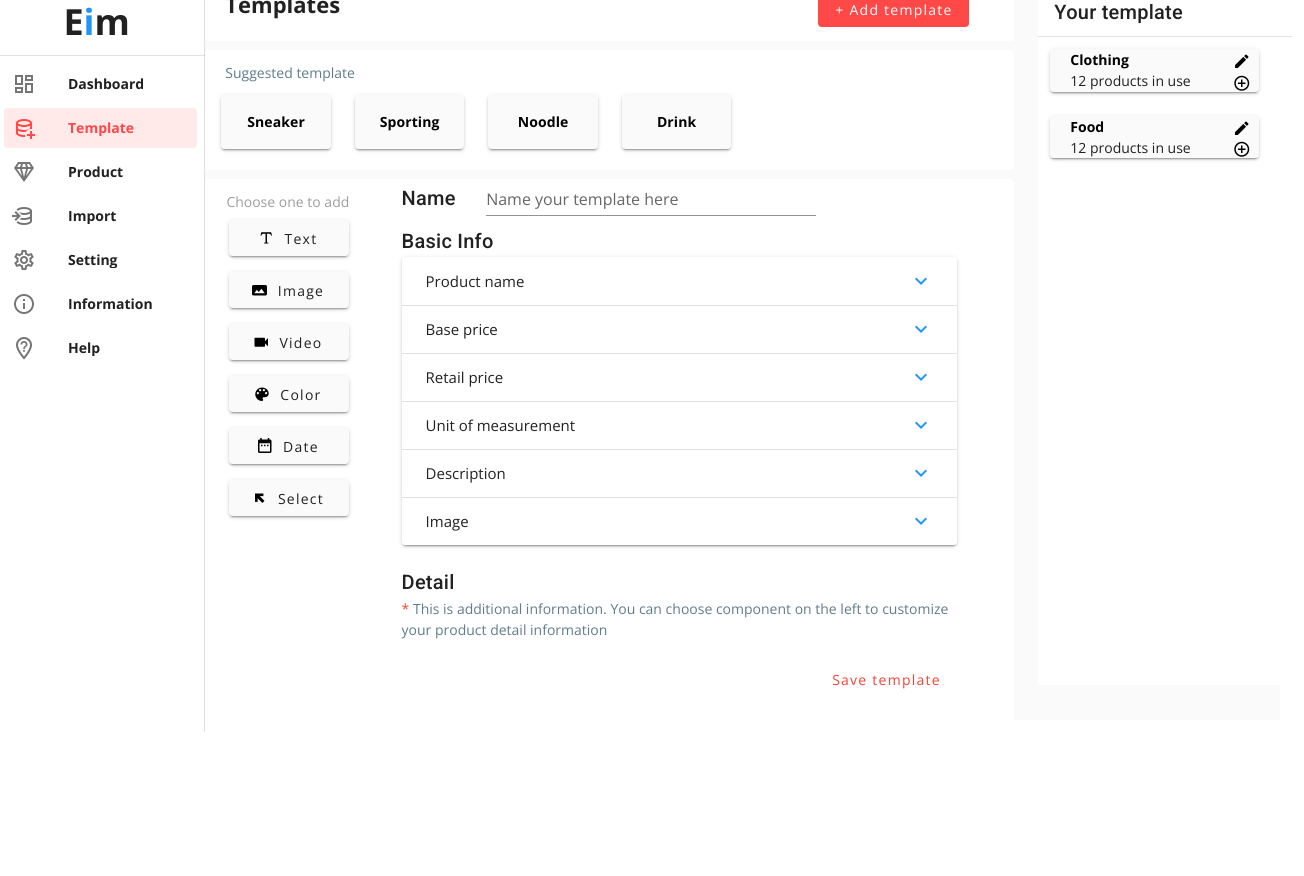
Repository: nguyenphuong152/pim-template
Page: /template, after clicking the first element matching `button.white--text`
These files come from the project's save history. The page is drawn as it stood at one moment and after the next save; the edit follows.
The browser window is 1280 px wide. The page is 1304 px wide, so the pictures cover 1304 px, including what lies to the right of the window. The pictures show the whole page.
The project was rebuilt for these pictures with package versions that can differ from the ones it lists, and the page was loaded fresh each time. Also part of the build but not shown: vue.config.js, src/views/Home.vue, src/components/Outcome_1/SneakerTemplate.vue, src/components/Outcome_1/SportingTemplate.vue, src/components/Outcome_1/NoodleTemplate.vue, src/components/Outcome_1/DrinkTemplate.vue, src/components/Outcome_2/SearchProduct.vue, src/components/Outcome_2/RecentTemplate.vue and 13 more.

Above is the page before, as saved 2021-01-18 23:38:28.

After the next save:
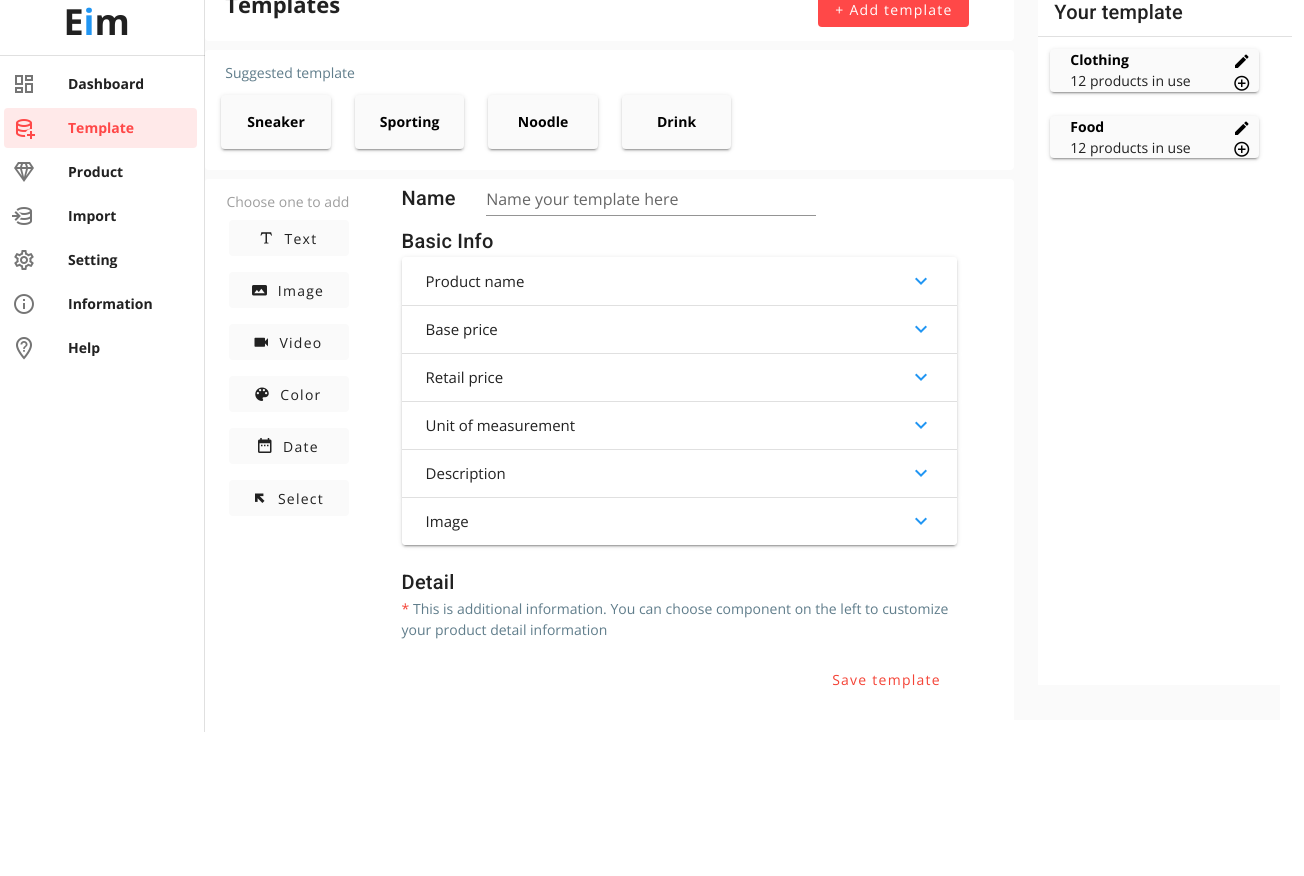
Saved 18 s later.
--- a/src/components/Outcome_1/ListComponent.vue
+++ b/src/components/Outcome_1/ListComponent.vue
@@ -6,10 +6,11 @@
         <v-btn
           color="#fafafa"
           class="text-none font-weight-medium "
+          depressed
           style="width:120px;"
           @click="addComponent(item)"
         >
-          <v-icon left color="black">{{ item.icon }}</v-icon>
+          <v-icon left>{{ item.icon }}</v-icon>
           {{ item.name }}
         </v-btn>
       </v-col>
